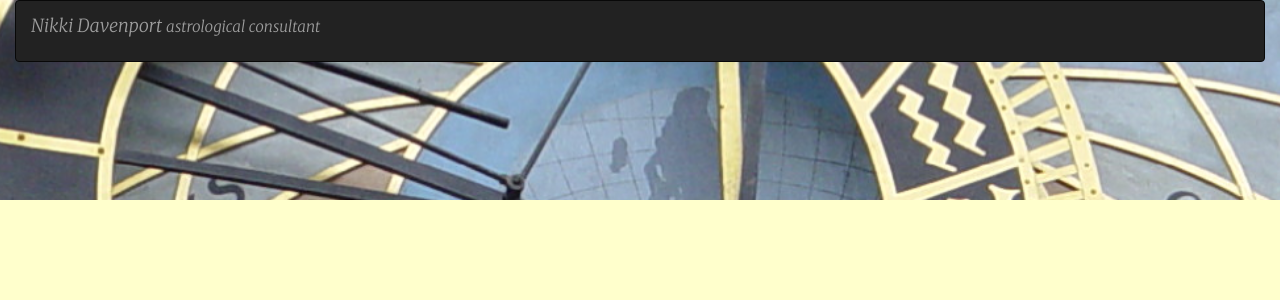
Repository: beaudavenport/astrologyDashboard
Page: prototype/index.html
The author's editor kept a record of every edit. The page is drawn from the files as they stood at one moment, then again after the next edit.
The browser window is 1280 px wide. The pictures show the whole page.
Some web libraries are served in a nearby version.

Above is the page before.

### prototype/index.html
<!DOCTYPE html>
<html>
<head>
    <title>Astro Dash Prototype</title>
    <link href='//fonts.googleapis.com/css?family=Merriweather:300italic,300' rel='stylesheet' type='text/css'>
    <link href="//maxcdn.bootstrapcdn.com/bootstrap/3.2.0/css/bootstrap.min.css" rel="stylesheet">
    <link href="assets/stylesheets/add-on-css.css" rel="stylesheet">
</head>
<body>
    <!-- Banner with heading -->
    <div class="container-fluid">
        <div class="row">
            <div class="text-center banner col-md-12">
                <nav class="navbar navbar-inverse">
                    <div class="container-fluid">
                        <p class="navbar-brand">Nikki Davenport <small>astrological consultant</small></p>
                    </div>
                </nav>
            </div>
        </div>
    </div>
</body>
</html>

### prototype/assets/stylesheets/add-on-css.css
body {
    background-color: #FFFFCC;
    font-family: 'Merriweather', serif;
}
img {
    max-width: 100%;
}
.banner {
    font-style: italic;
    height: 120px;
    background-image: url("../images/nikiastro-banner-moon2.png");
    background-position: center;
    background-size: 175%;
    color: white;
}
.spacer {
    height: 60px;
}
@media (min-width: 768px) {
    .banner {
        height: 150px;
    }
    .spacer {
        height: 90px;
    }
}
@media (min-width: 992px) {
    .banner {
        height: 200px;
    }
    .spacer {
        height: 140px;
    }
}

After the next edit:
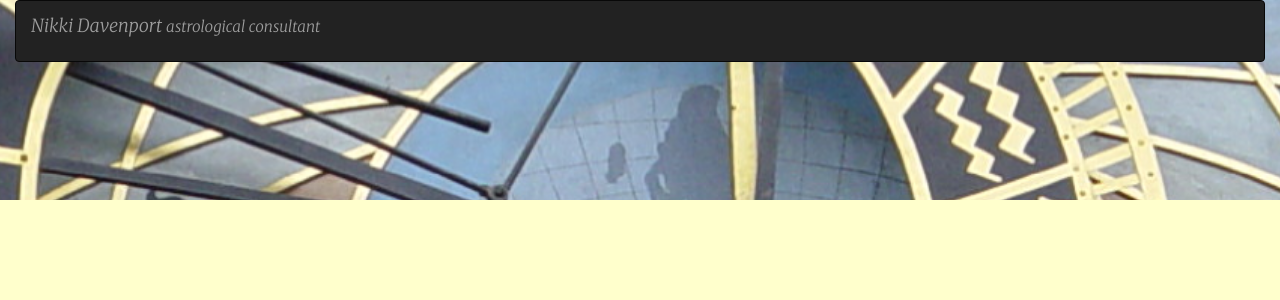
The edit:
--- a/prototype/assets/stylesheets/add-on-css.css
+++ b/prototype/assets/stylesheets/add-on-css.css
@@ -10,7 +10,7 @@
     height: 120px;
     background-image: url("../images/nikiastro-banner-moon2.png");
     background-position: center;
-    background-size: 175%;
+    background-size: 200%;
     color: white;
 }
 .spacer {
